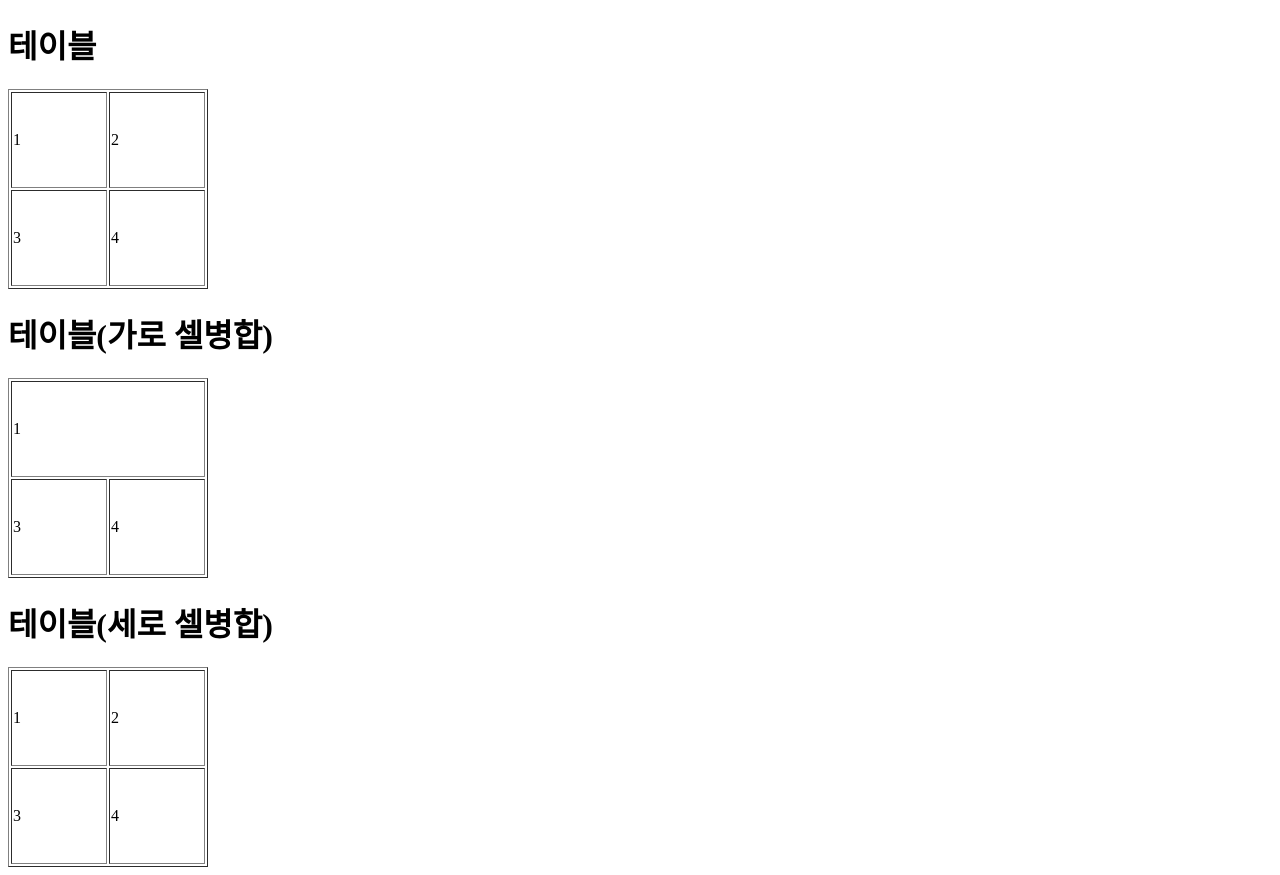
Repository: Hswwwww/WEB
Page: ClientTest/src/main/webapp/html/ex17_table.html
An editor plug-in stored every save of this project. The page is shown before and after the next save, followed by the edit.
The browser window is 1280 px wide. The pictures show the whole page.

Above is the page before, as saved 2024-03-13 07:12:09.

### ClientTest/src/main/webapp/html/ex17_table.html
<!DOCTYPE html>
<html>
<head>
<meta charset="UTF-8">
<title>Insert title here</title>
</head>
<body>

	<!-- 테이블 셀 병합  -->

	<h1>테이블</h1>

	<table border = "1" width = "200" height ="200">
	<tr>
		<td>1</td>
		<td>2</td>
	</tr>

	<tr>
		<td>3</td>
		<td>4</td>
	</tr>


	</table>
	<h1>테이블(가로 셀병합)</h1>

	<table border = "1" width = "200" height ="200">
	<tr>
		<td colspan="2">1</td>

	</tr>

	<tr>
		<td>3</td>
		<td>4</td>
	</tr>


	</table>

	<h1>테이블(세로 셀병합)</h1>

	<table border = "1" width = "200" height ="200">
	<tr>
		<td>1</td>
		<td>2</td>
	</tr>

	<tr>
		<td>3</td>
		<td>4</td>
	</tr>


	</table>



</body>
</html>

After the next save:
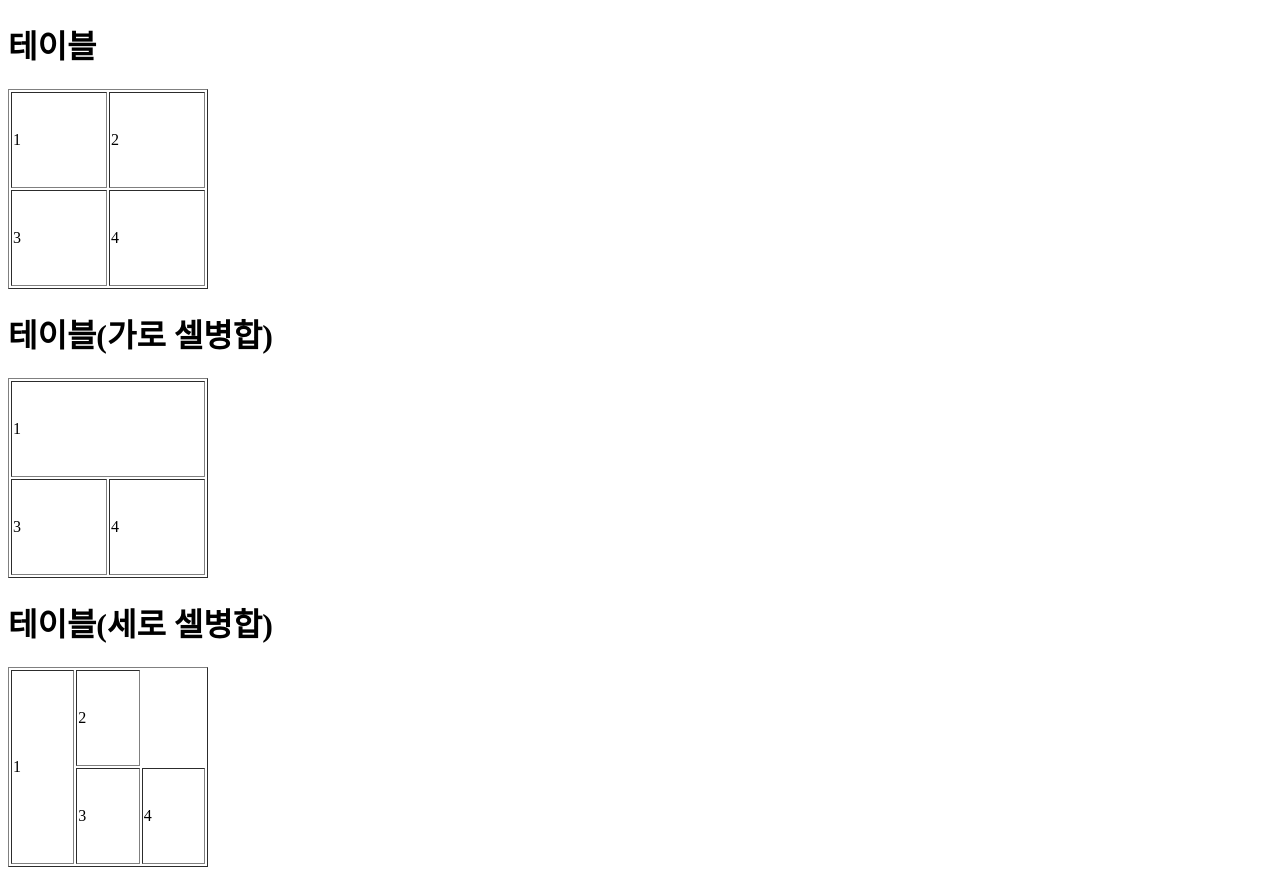
Saved 2 min 24 s later.
--- a/ClientTest/src/main/webapp/html/ex17_table.html
+++ b/ClientTest/src/main/webapp/html/ex17_table.html
@@ -43,7 +43,7 @@
 
 	<table border = "1" width = "200" height ="200">
 	<tr>
-		<td>1</td>
+		<td rowspan="2">1</td>
 		<td>2</td>
 	</tr>
 
